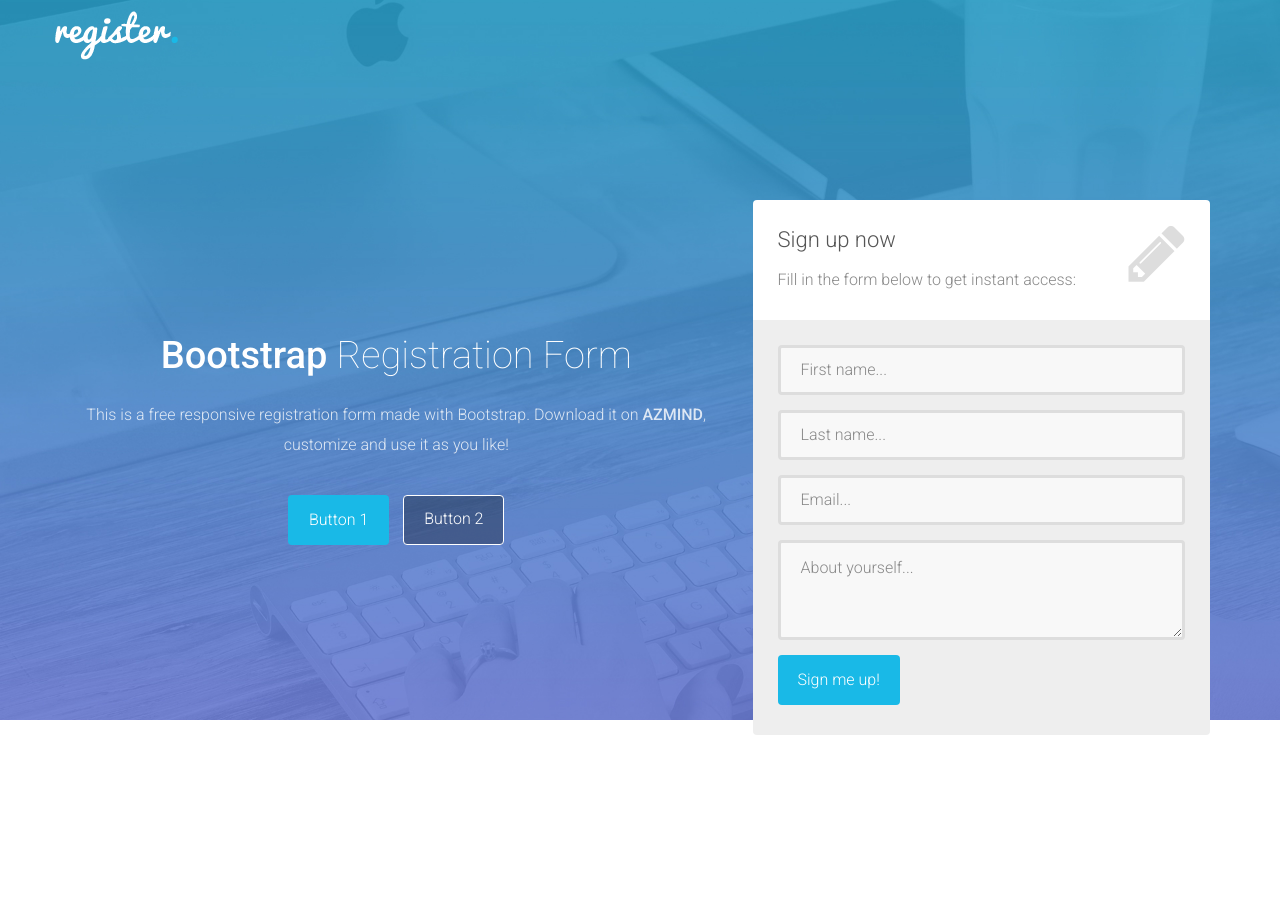
Repository: sunjunzhou/JDBC
Page: FirstWebProject/WebContent/index.html
These files come from the project's save history. The page is drawn as it stood at one moment and after the next save; the edit follows.
The browser window is 1280 px wide. The pictures show the whole page.

Above is the page before, as saved 2018-06-28 06:56:14.

After the next save:
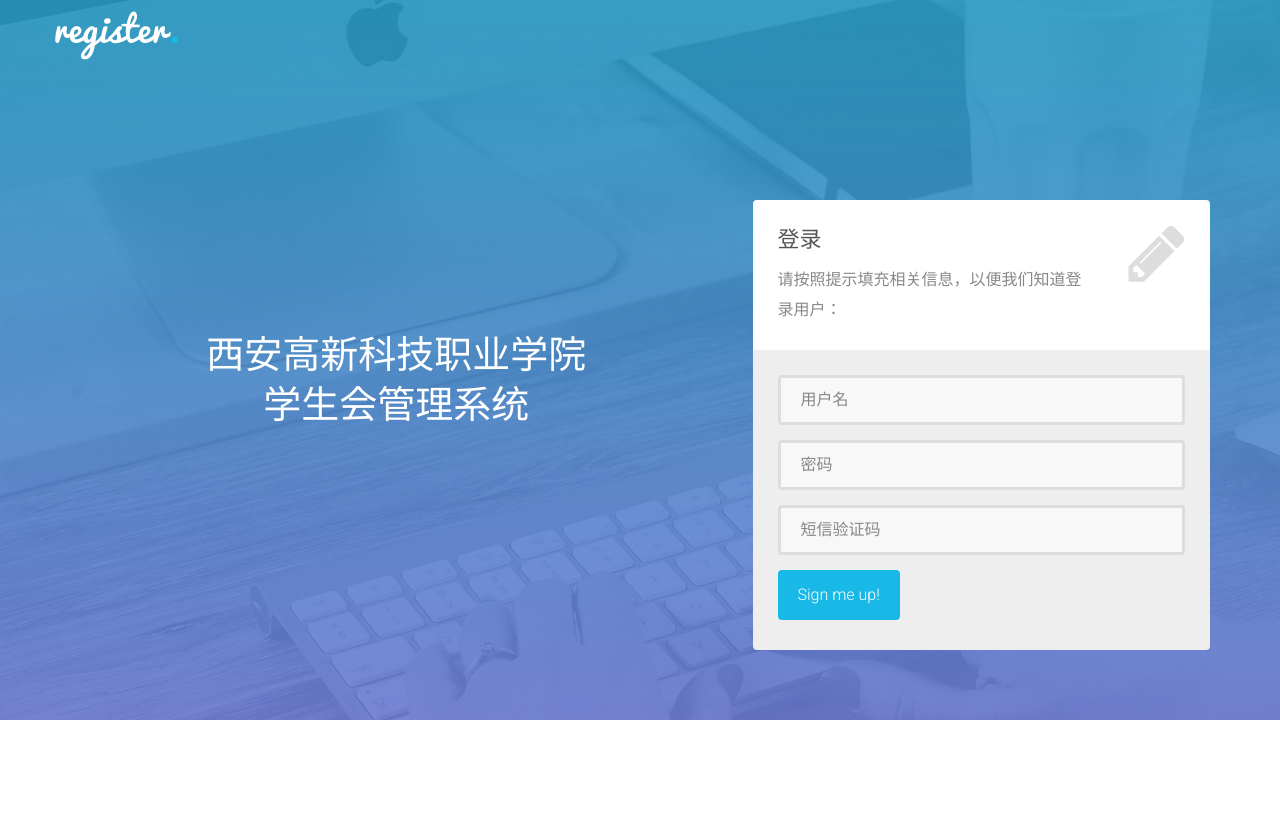
Saved 34 min 34 s later.
--- a/FirstWebProject/WebContent/index.html
+++ b/FirstWebProject/WebContent/index.html
@@ -61,23 +61,19 @@
                 <div class="container">
                     <div class="row">
                         <div class="col-sm-7 text">
-                            <h1><strong>Bootstrap</strong> Registration Form</h1>
+                            <h1><strong>西安高新科技职业学院</strong> <br>学生会管理系统</h1>
                             <div class="description">
-                            	<p>
-	                            	This is a free responsive registration form made with Bootstrap.
-	                            	Download it on <a href="#"><strong>AZMIND</strong></a>, customize and use it as you like!
-                            	</p>
+
                             </div>
                             <div class="top-big-link">
-                            	<a class="btn btn-link-1" href="#">Button 1</a>
-                            	<a class="btn btn-link-2" href="#">Button 2</a>
+
                             </div>
                         </div>
                         <div class="col-sm-5 form-box">
                         	<div class="form-top">
                         		<div class="form-top-left">
-                        			<h3>Sign up now</h3>
-                            		<p>Fill in the form below to get instant access:</p>
+                        			<h3>登录</h3>
+                            		<p>请按照提示填充相关信息，以便我们知道登录用户：</p>
                         		</div>
                         		<div class="form-top-right">
                         			<i class="fa fa-pencil"></i>
@@ -87,21 +83,17 @@
 			                    <form role="form" action="" method="post" class="registration-form">
 			                    	<div class="form-group">
 			                    		<label class="sr-only" for="form-first-name">First name</label>
-			                        	<input type="text" name="form-first-name" placeholder="First name..." class="form-first-name form-control" id="form-first-name">
+			                        	<input type="text" name="form-first-name" placeholder="用户名" class="form-first-name form-control" id="form-first-name">
 			                        </div>
 			                        <div class="form-group">
 			                        	<label class="sr-only" for="form-last-name">Last name</label>
-			                        	<input type="text" name="form-last-name" placeholder="Last name..." class="form-last-name form-control" id="form-last-name">
+			                        	<input type="text" name="form-last-name" placeholder="密码" class="form-last-name form-control" id="form-last-name">
 			                        </div>
 			                        <div class="form-group">
 			                        	<label class="sr-only" for="form-email">Email</label>
-			                        	<input type="text" name="form-email" placeholder="Email..." class="form-email form-control" id="form-email">
+			                        	<input type="text" name="form-email" placeholder="短信验证码" class="form-email form-control" id="form-email">
 			                        </div>
-			                        <div class="form-group">
-			                        	<label class="sr-only" for="form-about-yourself">About yourself</label>
-			                        	<textarea name="form-about-yourself" placeholder="About yourself..."
-			                        				class="form-about-yourself form-control" id="form-about-yourself"></textarea>
-			                        </div>
+
 			                        <button type="submit" class="btn">Sign me up!</button>
 			                    </form>
 		                    </div>
